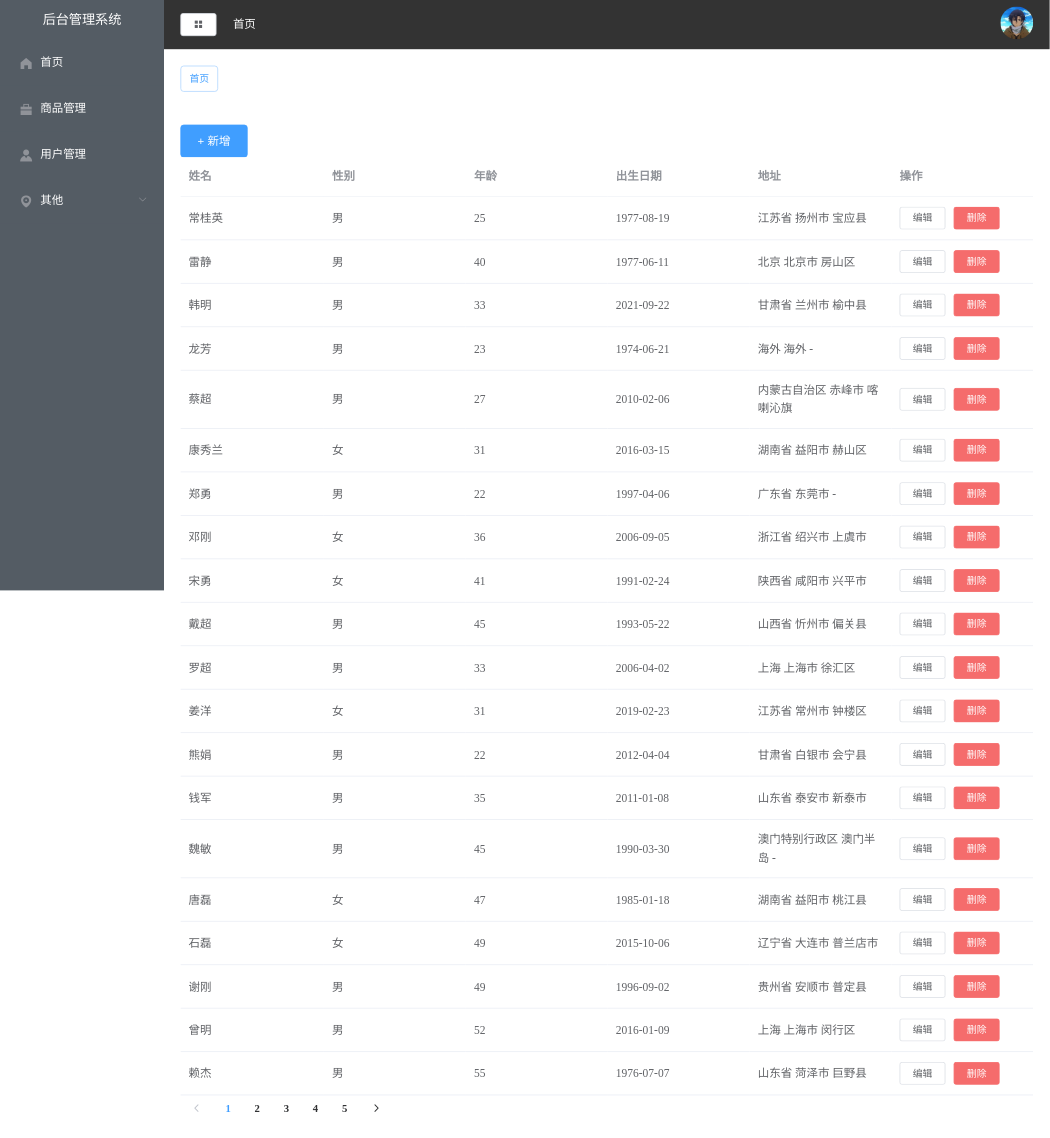
Repository: ldqml/ldqml.github.io
Page: /#/user
The author's editor kept a copy of each file at every save. The page is drawn from the files as they stood at one save, then again after the next save.
The browser window is 1280 px wide. The pictures show the whole page, at 82% of full size.
The project was rebuilt for these pictures with package versions that can differ from the ones it lists, and the page was loaded fresh each time. Also part of the build but not shown: vue.config.js, src/views/Home.vue, src/views/Mall.vue, src/views/PageOne.vue, src/views/PageTwo.vue.

Above is the page before, as saved 2022-11-10 21:44:12.

### src/main.js
import Vue from 'vue'
import App from './App.vue'
import ElementUi from 'element-ui'
import 'element-ui/lib/theme-chalk/index.css'
import router from './router'
import store from './store'
import './api/mock'

Vue.use(ElementUi)
Vue.config.productionTip = false

new Vue({
  router,
  store,
  render: h => h(App),
}).$mount('#app')

### src/App.vue
<template>
  <div id="app">
    <!-- <el-row>
      <el-button disabled>默认按钮</el-button>
      <el-button type="primary" disabled>主要按钮</el-button>
      <el-button type="success" disabled>成功按钮</el-button>
      <el-button type="info" disabled>信息按钮</el-button>
      <el-button type="warning" disabled>警告按钮</el-button>
      <el-button type="danger" disabled>危险按钮</el-button>
    </el-row> -->
    <router-view></router-view>
  </div>
</template>

<script>
export default {
  name: "App",
  components: {},
};
</script>

<style lang="less">
html, body,h3,p{
  margin: 0;
  padding: 0;
}
</style>

### src/router/index.js
import Vue from 'vue'
import VueRouter from 'vue-router'
import User from '../views/User.vue'
import Home from '../views/Home.vue'
import Main from '../views/Main.vue'
import Mall from '../views/Mall.vue'
import PageOne from '../views/PageOne.vue'
import PageTwo from '../views/PageTwo.vue'

Vue.use(VueRouter)

const routes = [
    {
        path:'/',
        component:Main,
        redirect:'/home',
        children:[
            {
                path:'/',
                name:'home',
                component: Home
            },
            {
                path:'/user',
                name:'user',
                component: User
            },
            {
                path:'/mall',
                name:'mall',
                component: Mall
            },
            {
                path:'/page1',
                name:'page1',
                component: PageOne
            },
            {
                path:'/page2',
                name:'page2',
                component: PageTwo
            }
        ]
    }
]

const router = new VueRouter({
    routes
})

export default router

### src/store/index.js
import Vue from 'vue'
import Vuex from 'vuex'
import tab from './tab'

Vue.use(Vuex)

export default new Vuex.Store({
    modules:{
        tab
    }
})

### src/api/mock.js
import Mock from 'mockjs'
import homeApi from './mockServe/home'
import userApi from './mockServe/user'

Mock.mock('/api/home/getDate',homeApi.getStateDate)
Mock.mock('/api/user/add','post',userApi.createUser)
Mock.mock('/api/user/edit','post',userApi.updateUser)
Mock.mock('/api/user/del','post',userApi.deleteUser)
Mock.mock('/api/user/getUser',userApi.getUserList)

### src/views/User.vue
<template>
  <div class="manage">
    <el-dialog
      title="提示"
      :visible.sync="dialogVisible"
      width="35%"
      :before-close="handleClose"
    >
      <el-form
        ref="form"
        :rules="rules"
        :inline="true"
        :model="form"
        label-width="80px"
      >
        <el-form-item label="姓名" prop="name">
          <el-input placeholder="请输入姓名" v-model="form.name"></el-input>
        </el-form-item>
        <el-form-item label="年龄" prop="age">
          <el-input placeholder="请输入年龄" v-model="form.age"></el-input>
        </el-form-item>
        <el-form-item label="性别" prop="sex">
          <el-select v-model="form.sex" placeholder="请选择">
            <el-option label="男" :value="1"></el-option>
            <el-option label="女" :value="0"></el-option>
          </el-select>
        </el-form-item>
        <el-form-item label="出生日期" prop="birth">
          <el-col :span="11">
            <el-date-picker
              type="date"
              placeholder="选择日期"
              v-model="form.birth"
              value-format="yyyy-MM-dd"
            ></el-date-picker>
          </el-col>
        </el-form-item>
        <el-form-item label="地址" prop="addr">
          <el-input placeholder="请输入地址" v-model="form.addr"></el-input>
        </el-form-item>
      </el-form>
      <span slot="footer" class="dialog-footer">
        <el-button @click="canc">取 消</el-button>
        <el-button type="primary" @click="submit">确 定</el-button>
      </span>
    </el-dialog>
    <div class="manage-header">
      <el-button @click="newMessage()" type="primary"> + 新增 </el-button>
      <el-table :data="tableData" style="width: 100%">
        <el-table-column prop="name" label="姓名"> </el-table-column>
        <el-table-column prop="sex" label="性别">
          <template slot-scope="scope">
            <span>
              {{ scope.row.sex == 1 ? "男" : "女" }}
            </span>
          </template>
        </el-table-column>
        <el-table-column prop="age" label="年龄"> </el-table-column>
        <el-table-column prop="birth" label="出生日期"> </el-table-column>
        <el-table-column prop="addr" label="地址"> </el-table-column>
        <el-table-column prop="sex" label="操作">
          <template slot-scope="scope">
            <el-button size="mini" @click="handleEdit(scope.row)"
              >编辑</el-button
            >
            <el-button
              type="danger"
              size="mini"
              @click="handleDelete(scope.row)"
              >删除</el-button
            >
          </template>
        </el-table-column>
      </el-table>
      <div>
      <el-pagination layout="prev, pager, next" :total="50"> </el-pagination>
      </div>
    </div>
  </div>
</template>
<script>
import { getUser, addUser, editUser, delUser } from "../api";
export default {
  data() {
    return {
      dialogVisible: false,
      form: {
        name: "",
        age: "",
        sex: "",
        birth: "",
        addr: "",
      },
      rules: {
        name: [{ required: true, message: "请输入姓名" }],
        age: [{ required: true, message: "请输入年龄" }],
        sex: [{ required: true, message: "请选择性别" }],
        birth: [{ required: true, message: "请选择生日" }],
        addr: [{ required: true, message: "请输入地址" }],
      },
      tableData: [],
      editOrNew: 0,
    };
  },
  methods: {
    submit() {
      this.$refs.form.validate((valid) => {
        if (valid) {
          if (this.editOrNew === 0) {
            addUser(this.form).then(() => {
              this.getList();
            });
          } else {
            editUser(this.form).then(() => {
              this.getList();
            });
          }
          this.$refs.form.resetFields();
          this.dialogVisible = false;
        }
      });
    },
    handleClose() {
      this.$refs.form.resetFields(), (this.dialogVisible = false);
    },
    canc() {
      this.handleClose();
    },
    handleEdit(row) {
      this.editOrNew = 1;
      this.dialogVisible = true;
      this.form = JSON.parse(JSON.stringify(row));
    },
    handleDelete(row) {
      this.$confirm("此操作将永久删除信息, 是否继续?", "提示", {
        confirmButtonText: "确定",
        cancelButtonText: "取消",
        type: "warning",
      })
        .then(() => {
          delUser({ id: row.id }).then(() => {
            this.$message({
              type: "success",
              message: "删除成功!",
            });
            this.getList();
          });
        })
        .catch(() => {
          this.$message({
            type: "info",
            message: "已取消删除",
          });
        });
    },
    newMessage() {
      this.dialogVisible = true;
      this.editOrNew = 0;
    },
    getList() {
      getUser().then(({ data }) => {
        console.log(data);
        this.tableData = data.list;
      });
    },
  },
  mounted() {
    this.getList();
  },
};
</script>

### src/views/Main.vue
<template>
  <div>
    <el-container>
      <el-aside width="auto">
        <com-aside></com-aside>
      </el-aside>
      <el-container>
        <el-header>
          <com-header></com-header>
        </el-header>
        <common-tag></common-tag>
        <el-main>
            <router-view></router-view>
        </el-main>
      </el-container>
    </el-container>
  </div>
</template>
<script>
import ComAside from '../components/ComAside.vue'
import ComHeader from '../components/ComHeader.vue'
import CommonTag from '../components/CommonTag.vue'
export default {
  data() {
    return {}
  },
  components:{
    ComAside,
    ComHeader,
    CommonTag
  }
};
</script>

<style scoped>
.el-header{
  padding: 0;
}
</style>

### src/store/tab.js
export default{
    state:{
        isCollapse:false,
        tabsList:[
            {
                path: '/',
                name: 'home',
                label: '首页',
                icon: 's-home',
                url: 'Home/Home'
              }
        ]
    },
    mutations:{
        collapseMenu(state){
            state.isCollapse= !state.isCollapse
        },
        selectMenu(state,val){
            if(val.name !== 'home'){
                const index = state.tabsList.findIndex(item => item.name === val.name);
                if(index === -1){
                    state.tabsList.push(val)
                }
            }
        },
        closeTag(state,item){
            console.log(item,'item')
            const index = state.tabsList.findIndex(val => val.name === item.name)
            state.tabsList.splice(index,1)
        }
    }
}

### src/api/mockServe/home.js
import Mock from 'mockjs'

let List = []
export default {
    getStateDate:()=>{
        for(let i=0; i<7;i++){
            List.push(
                Mock.mock({
                    苹果:Mock.Random.float(100,8000,0,0),
                    vivo:Mock.Random.float(100,8000,0,0),
                    OPPO:Mock.Random.float(100,8000,0,0),
                    华为:Mock.Random.float(100,8000,0,0),
                    三星:Mock.Random.float(100,8000,0,0),
                    小米:Mock.Random.float(100,8000,0,0)
                })
            )
        }
        return {
            code:20000,
            data:{
                videData:[
                    {
                        name:'小米',
                        value:2999
                    },
                    {
                        name:'苹果',
                        value:2000
                    },
                    {
                        name:'vivo',
                        value:1699
                    },
                    {
                        name:'OPPO',
                        value:4999
                    },
                    {
                        name:'华为',
                        value:3699
                    },
                    {
                        name:'三星',
                        value:2499
                    }
                ],
                userData:[
                    {
                        date:'周一',
                        new:5,
                        active:200
                    },
                    {
                        date:'周二',
                        new:5,
                        active:500
                    },
                    {
                        date:'周三',
                        new:20,
                        active:550
                    },
                    {
                        date:'周四',
                        new:66,
                        active:600
                    },
                    {
                        date:'周五',
                        new:20,
                        active:100
                    },
                    {
                        date:'周六',
                        new:65,
                        active:400
                    },
                    {
                        date:'周日',
                        new:10,
                        active:300
                    }
                ],
                orderData:{
                    date:[],
                    data:List
                },
                tableData:[
                    {
                        name:'vivo',
                        todayBuy:200,
                        monthBuy:550,
                        totalBuy:22400
                    },
                    {
                        name:'OPPO',
                        todayBuy:300,
                        monthBuy:250,
                        totalBuy:29400
                    },
                    {
                        name:'苹果',
                        todayBuy:100,
                        monthBuy:150,
                        totalBuy:42400
                    },
                    {
                        name:'三星',
                        todayBuy:400,
                        monthBuy:450,
                        totalBuy:12400
                    },
                    {
                        name:'华为',
                        todayBuy:400,
                        monthBuy:650,
                        totalBuy:32400
                    },
                    {
                        name:'小米',
                        todayBuy:300,
                        monthBuy:450,
                        totalBuy:62400
                    }
                ]
            }
        }
    }
}

### src/api/mockServe/user.js
import Mock from "mockjs";

function param2Obj(url){
    const search = url.split('?')[1]
    if(!search){
        return {}
    }
    return JSON.parse(
        '{"'+
        decodeURIComponent(search)
        .replace(/"/g, '\\"')
        .replace(/&/g,'","')
        .replace(/=/g,'";"') +
        '}"'
    )
}

let List = []
const count = 200
for(let i = 0; i < count; i++){
    List.push(
        Mock.mock({
            id:Mock.Random.guid(),
            name:Mock.Random.cname(),
            addr:Mock.mock('@county(true)'),
            'age|18-60':1,
            birth:Mock.Random.date(),
            sex:Mock.Random.integer(0,1)
        })
    )
}

export default {
    getUserList: config =>{
        const {name,page =1,limit =20} = param2Obj(config.url)
        console.log('name:'+name,'page:'+page,'分页大小limit:' +limit)
        const mockList = List.filter(user=>{
            if(name&&user.name.indexOf(name)===-1&&user.addr.indexOf(name)===-1) return false
            return true
        })
        const pageList =mockList.filter((item,index)=>index<limit*page&&index>=limit*(page-1))
        return{
            code:20000,
            count:mockList.length,
            list:pageList
        }
    },
    createUser:config=>{
        const {name,addr,age,birth,sex} = JSON.parse(config.body)
        console.log(JSON.parse(config.body))
        List.unshift({
            id:Mock.Random.guid(),
            name:name,
            addr:addr,
            age:age,
            birth:birth,
            sex:sex
        })
        return{
            code:20000,
            date:{
                message:'添加成功'
            }
        }
    },
    deleteUser:config=>{
        const {id} = JSON.parse(config.body)
        if(!id){
            return{
                code:-999,
                message:'参数不正确'
            }
        }else{
            List= List.filter(u => u.id !== id)
            return{
                code:20000,
                message:'删除成功'
            }
        }
    },
    batchremove:config=>{
        let {ids} = param2Obj(config.url)
        ids = ids.split(',')
        List = List.filter(u => !ids.includes(u.id))
        return{
            code:20000,
            data:{
                message:'批量删除成功'
            }
        }
    },
    updateUser:config=>{
        const {id,name,addr,birth,sex,age} = JSON.parse(config.body)
        const sex_num = parseInt(sex)
        List.some(u =>{
            if(u.id === id){
                u.name = name
                u.addr = addr
                u.birth = birth
                u.sex = sex_num
                u.age = age
                return true
            }
        })
        return{
            code:20000,
            data:{
                message:'编辑成功'
            }
        }
    }
}

### src/api/index.js
import http from './request'

export const getDate =() =>{
    return http.get('/home/getDate')
}

export const getUser =(params) =>{
    return http.get('/user/getUser',params)
}

export const addUser =(data) =>{
    return http.post('/user/add',data)
}

export const editUser =(data) =>{
    return http.post('/user/edit',data)
}

export const delUser =(data) =>{
    return http.post('/user/del',data)
}

### src/components/ComAside.vue
<template>
  <el-menu
    default-active="1-4-1"
    class="el-menu-vertical-demo"
    @open="handleOpen"
    @close="handleClose"
    :collapse="isCollapse"
    background-color="#545c64"
    text-color="#fff"
    active-text-color="#ffd04b"
  >
    <h3>{{isCollapse ? '后台' : '后台管理系统'}}</h3>
    <el-menu-item @click="toPage(item)" v-for="item in noChildren" :key='item.name' :index="item.name">
      <i :class="`el-icon-${item.icon}`"></i>
      <span slot="title">{{item.label}}</span>
    </el-menu-item>
    <el-submenu v-for="item in hasChildren" :key="item.label" :index="item.label">
      <template slot="title">
        <i class="el-icon-location"></i>
        <span slot="title">{{item.label}}</span>
      </template>
      <el-menu-item-group>
        <el-menu-item @click="toPage(subitem)" v-for="subitem in item.children" :key="subitem.name" :index="subitem.name">{{subitem.label}}</el-menu-item>
      </el-menu-item-group>
    </el-submenu>
  </el-menu>
</template>

<style lang="less" scoped>
.el-menu-vertical-demo:not(.el-menu--collapse) {
  width: 200px;
  min-height: 400px;
}
.el-menu{
  height: 100vh;
  h3{
    color: #fff;
    text-align: center;
    line-height: 48px;
    font-size: 16px;
    font-weight: 400;
  }
}
</style>

<script>
export default {
  data() {
    return {
      menuDate:[
        {
          path: '/',
          name: 'home',
          label: '首页',
          icon: 's-home',
          url: 'Home/Home'
        },
        {
          path: '/mall',
          name: 'mall',
          label: '商品管理',
          icon: 's-cooperation',
          url: 'MallManage/MallManage'
        },
        {
          path: '/user',
          name: 'user',
          label: '用户管理',
          icon: 's-custom',
          url: 'UserManage/UserManage'
        },
        {
          label: '其他',
          icon: 'location',
          children: [
            {
              path: '/page1',
              name: 'page1',
              label: '首页1',
              icon: 'setting',
              url: 'Other/PageOne'
            },
            {
              path: '/page2',
              name: 'page2',
              label: '首页2',
              icon: 'setting',
              url: 'Other/PageTwo'
            }
          ]
        }
      ]
    };
  },
  methods: {
    handleOpen(key, keyPath) {
      console.log(key, keyPath);
    },
    handleClose(key, keyPath) {
      console.log(key, keyPath);
    },
    toPage(item){
      if(this.$route.path != item.path && !(this.$route.path === '/home' && (item.path === '/'))){
        this.$router.push(item.path)
      }
      this.$store.commit('selectMenu',item)
    }
  },
  computed:{
    noChildren(){
        return this.menuDate.filter(item => !item.children)
    },
    hasChildren(){
        return this.menuDate.filter(item => item.children)
    },
    isCollapse(){
      return this.$store.state.tab.isCollapse
    }
  }
};
</script>

<style lang="less" scoped>
.el-menu{
  border-right: none;
}
</style>

### src/components/ComHeader.vue
<template>
  <div class="header-container">
    <div class="l-content">
      <el-button style="margin-right:20px" @click="handMenu" icon="el-icon-menu" size="mini"></el-button>
      <el-breadcrumb separator="/">
        <el-breadcrumb-item v-for="item in tags" :key="item.path" :to="{ path: item.path }">{{item.label}}</el-breadcrumb-item>
      </el-breadcrumb>
    </div>
    <div class="r-content">
      <el-dropdown>
        <span class="el-dropdown-link">
          <img class="user" src="../images/1.jpeg" alt="" />
        </span>
        <el-dropdown-menu slot="dropdown">
          <el-dropdown-item>个人中心</el-dropdown-item>
          <el-dropdown-item>退出</el-dropdown-item>
        </el-dropdown-menu>
      </el-dropdown>
    </div>
  </div>
</template>
<script>
import {mapState} from 'vuex'
export default {
  data() {
    return {};
  },
  methods: {
    handMenu() {
      this.$store.commit("collapseMenu");
    },
  },
  computed:{
    ...mapState({
      tags:state=>state.tab.tabsList
    })
  }
};
</script>

<style lang="less" scoped>
.header-container {
  padding: 0 20px;
  background-color: #333;
  height: 60px;
  display: flex;
  justify-content: space-between;
  align-items: center;
  .text {
    color: #fff;
    font-size: 14px;
    margin-left: 10px;
  }
  .r-content {
    .user {
      width: 40px;
      height: 40px;
      border-radius: 50%;
    }
  }
  .l-content {
    display: flex;
    align-items: center;
    /deep/.el-breadcrumb__item{
      .el-breadcrumb__inner{
        font-weight: normal;
        &.is-link{
          color: #666;
        }
      }
      &:last-child{
        .el-breadcrumb__inner{
          color: #fff;
        }
      }
    }
  }
}
</style>

### src/components/CommonTag.vue
<template>
  <div class="tabs">
    <el-tag
      v-for="(item,index) in tags"
      :key="item.path"
      :closable="item.name !== 'home'"
      :type="item.type"
      :effect="$route.name === item.name ? 'dark' : 'plain'"
      @click="changMenu(item)"
      @close="handleClose(item,index)"
    >
      {{ item.label }}
    </el-tag>
  </div>
</template>

<script>
import {mapState} from 'vuex'
import {mapMutations} from 'vuex'
export default {
    name:'ComTag',
    data() {
        return {

        }
    },
    computed:{
        ...mapState({
            tags:state=>state.tab.tabsList
        })
    },
    methods:{
      ...mapMutations(['closeTag']),
      changMenu(item){
        this.$router.push({name:item.name})
      },
      handleClose(item,index){
        this.closeTag(item)
        const length = this.tags.length
        if(item.name !== this.$route.name){
          return
        }
        if(index == length){
          this.$router.push({
            name:this.tags[index-1].name
          })
        }else{
          this.$router.push({
            name:this.tags[index].name
          })
        }
      }
    }
}
</script>

<style lang="less" scoped>
.tabs{
  padding: 20px;
  .el-tag{
    margin-right: 15px;
    cursor: pointer;
  }
}
</style>

### src/api/request.js
import axios from "axios";

const http = axios.create({
    baseURL:'/api',
    timeout:5000
})

http.interceptors.request.use(function(config){
    return config
},function(error){
    return Promise.reject(error)
})

http.interceptors.response.use(function(response){
    return response
},function(error){
    return Promise.reject(error)
})
export default http

Loaded but not shown: public/index.html (common file)

After the next save:
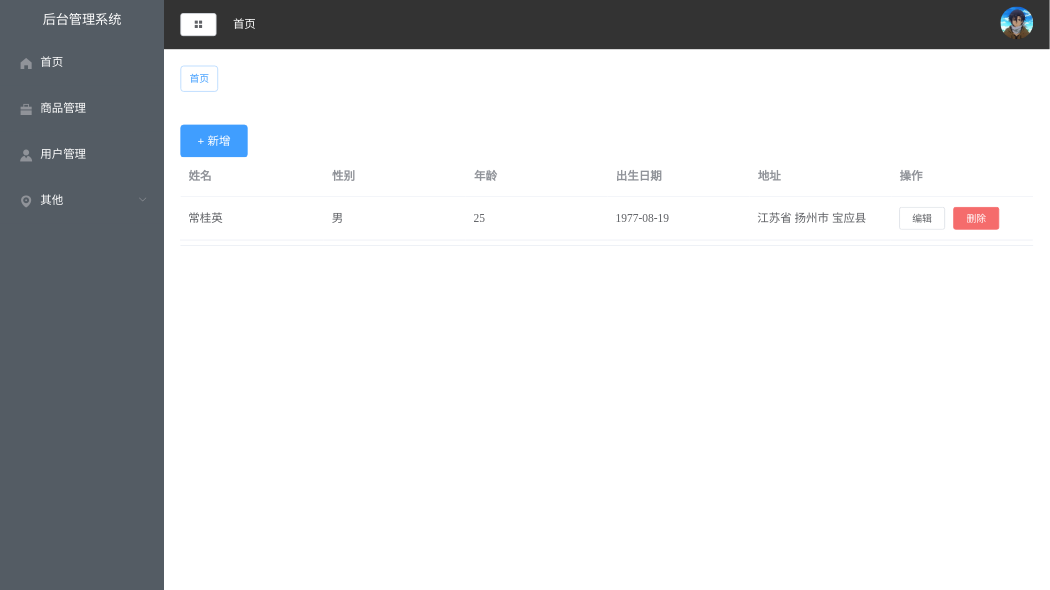
Saved 5 min 0 s later.
--- a/src/views/User.vue
+++ b/src/views/User.vue
@@ -46,7 +46,8 @@
     </el-dialog>
     <div class="manage-header">
       <el-button @click="newMessage()" type="primary"> + 新增 </el-button>
-      <el-table :data="tableData" style="width: 100%">
+    </div>
+    <el-table height="90%" :data="tableData" style="width: 100%">
         <el-table-column prop="name" label="姓名"> </el-table-column>
         <el-table-column prop="sex" label="性别">
           <template slot-scope="scope">
@@ -71,11 +72,7 @@
             >
           </template>
         </el-table-column>
-      </el-table>
-      <div>
-      <el-pagination layout="prev, pager, next" :total="50"> </el-pagination>
-      </div>
-    </div>
+    </el-table>
   </div>
 </template>
 <script>
@@ -169,3 +166,7 @@ export default {
   },
 };
 </script>
+
+<style lang="less" scoped>
+
+</style>
